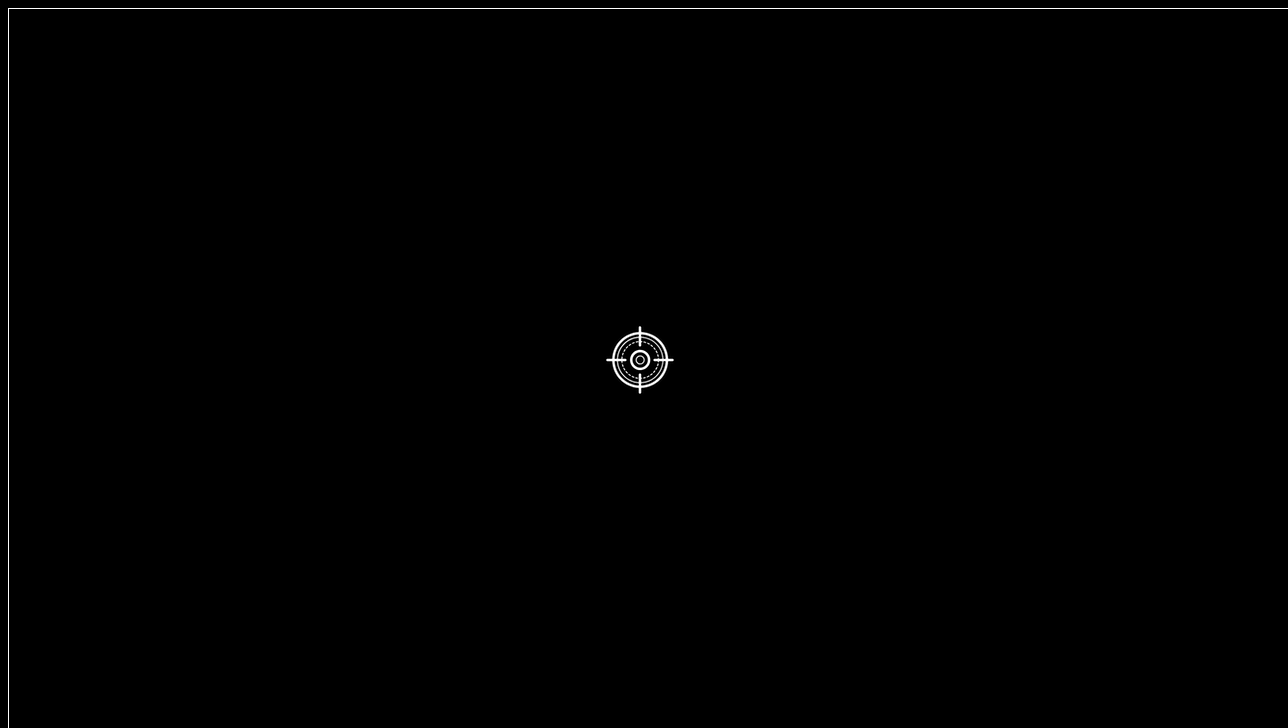
Repository: ggandory/browser101
Page: chapter3/coordinates/index.html
These files come from the project's save history. The page is drawn as it stood at one moment and after the next save; the edit follows.
The browser window is 1280 px wide. The page is 1288 px wide, then 1280 px, so the pictures cover 1288 px, including what lies to the right of the window. The pictures show the whole page.

Above is the page before, as saved 2024-04-10 23:13:03.

After the next save:
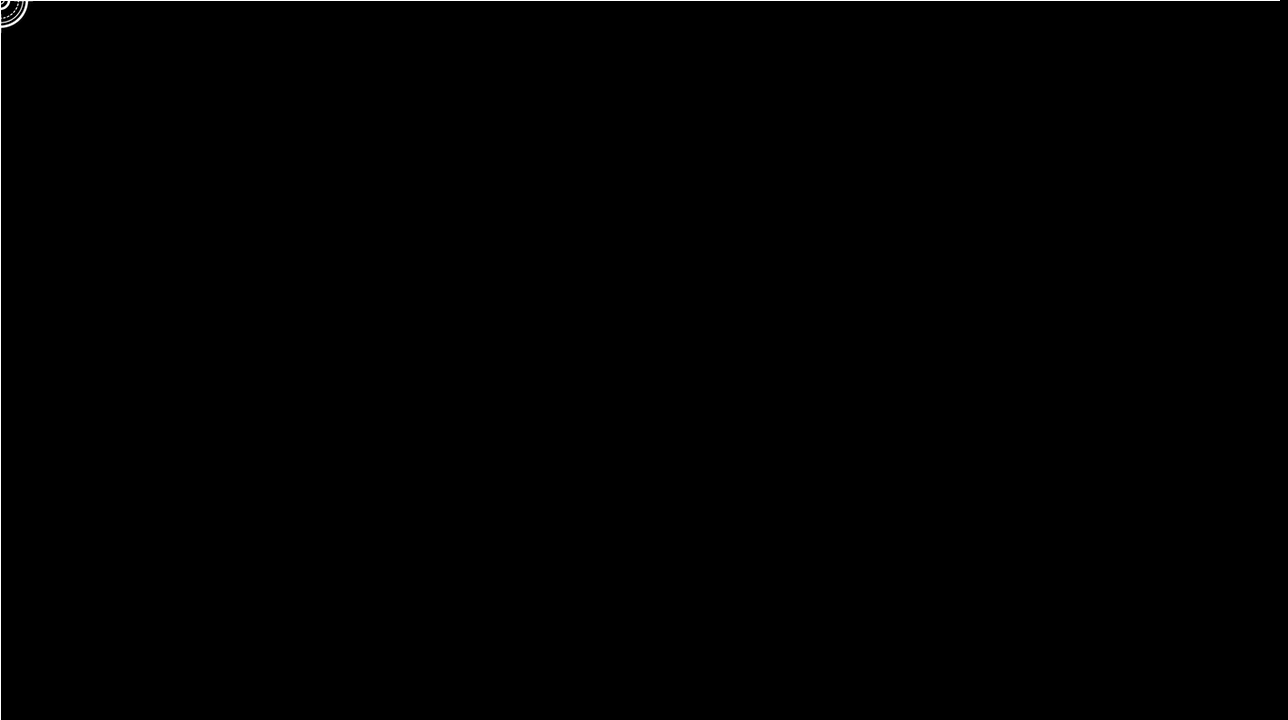
Saved 69 s later.
--- a/chapter3/coordinates/style.css
+++ b/chapter3/coordinates/style.css
@@ -1,5 +1,6 @@
 body {
   background-color: black;
+  margin: 0;
 }
 .line {
   position: absolute;
@@ -15,15 +16,11 @@
 }
 .target {
   position: absolute;
-  top: 50%;
-  left: 50%;
   transform: translate(-50%, -50%);
 }
 .tag {
   color: white;
   position: absolute;
-  top: 50%;
-  left: 50%;
   font-size: 38px;
   transform: translate(20px, 20px);
 }
